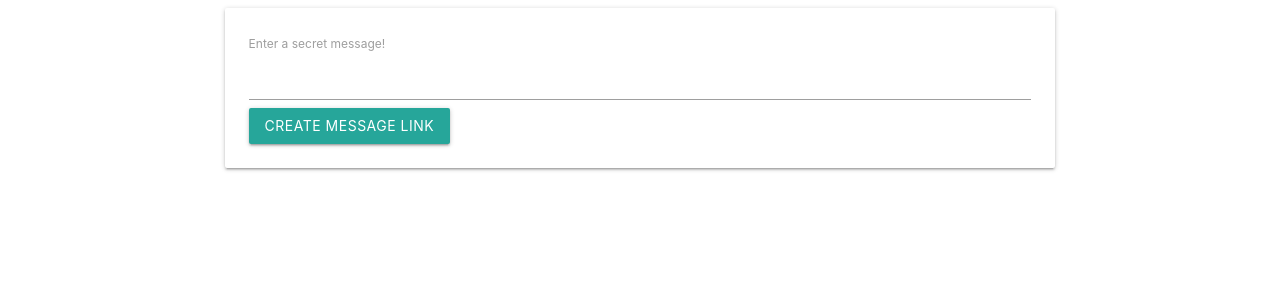
Repository: Sbethm/secret-message-sharing-app
Page: index.html
The author's editor kept a copy of each file at every save. The page is drawn from the files as they stood at one save, then again after the next save.
The browser window is 1280 px wide. The pictures show the whole page.

Above is the page before, as saved 2021-10-11 16:02:39.

### index.html
<!DOCTYPE html>
<html lang="en">
<head>
    <meta charset="UTF-8">
    <meta http-equiv="X-UA-Compatible" content="IE=edge">
    <meta name="viewport" content="width=device-width, initial-scale=1.0">
    <link rel="stylesheet" href="https://cdnjs.cloudflare.com/ajax/libs/materialize/1.0.0/css/materialize.min.css">
    <title>Secret Message Sharing App with Friends!</title>
</head>
<body>
    <div class="row">
        <div class="col s8 offset-s2">
            <div class="card-panel">
                <form action="">
                    <label for="">Enter a secret message!</label>
                    <input />
                    <button class="btn">Create Message Link</button>
                </form>
            </div>
        </div>
    </div>
    <script src="apps.js"></script>
</body>
</html>

Loaded but not shown: apps.js (common file)

After the next save:
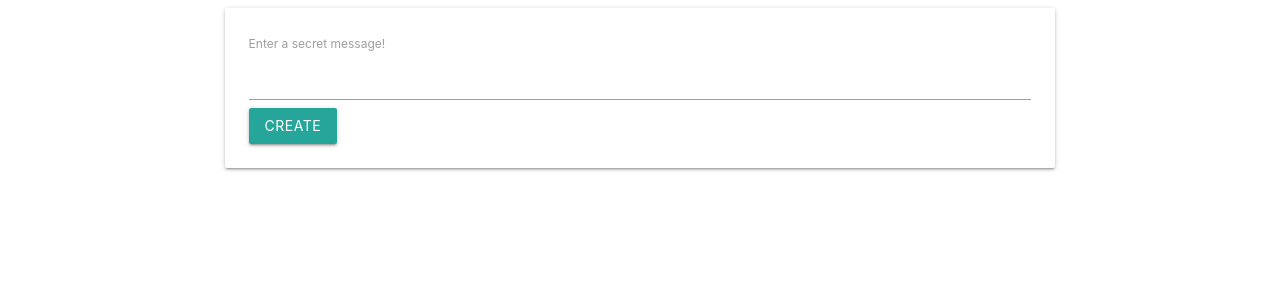
Saved 62 s later.
--- a/index.html
+++ b/index.html
@@ -14,7 +14,7 @@
                 <form action="">
                     <label for="">Enter a secret message!</label>
                     <input />
-                    <button class="btn">Create Message Link</button>
+                    <button class="btn">Create</button>
                 </form>
             </div>
         </div>
